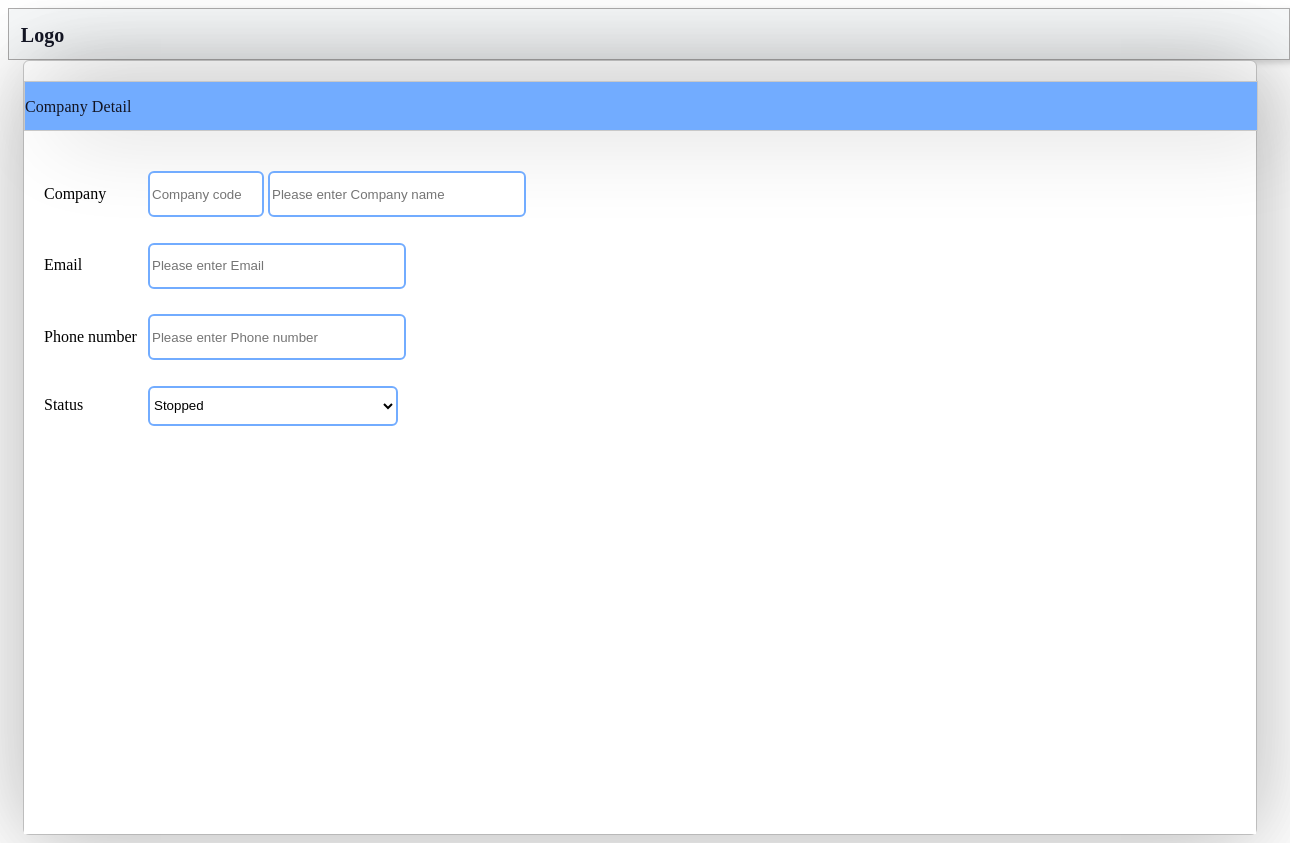
Repository: Zain1409/company
Page: client/html/CompanyDetail.html
The author's editor kept a copy of each file at every save. The page is drawn from the files as they stood at one save, then again after the next save.
The browser window is 1280 px wide. The page is 1290 px wide, so the pictures cover 1290 px, including what lies to the right of the window. The pictures show the whole page.

Above is the page before, as saved 2021-04-04 16:35:52.

After the next save:
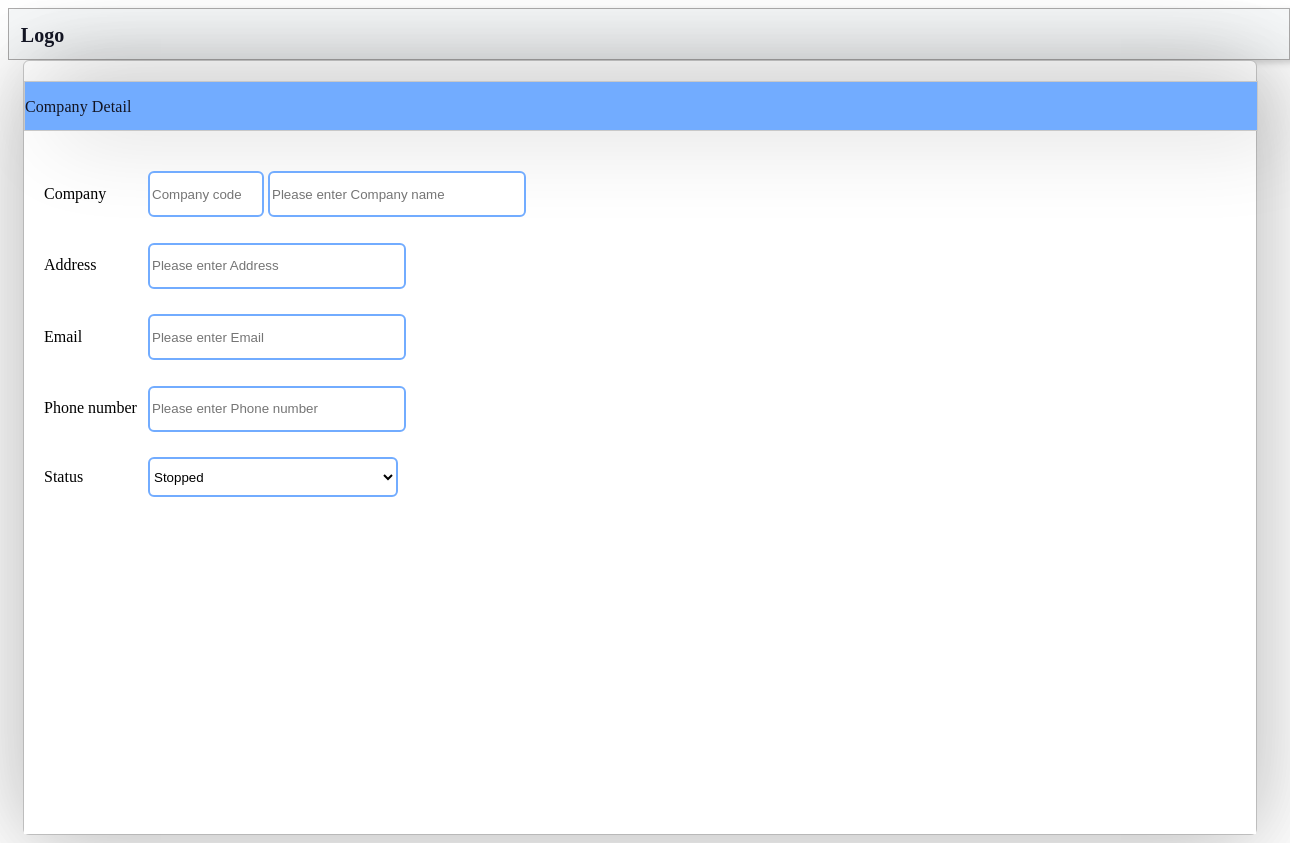
Saved 112 s later.
--- a/client/html/CompanyDetail.html
+++ b/client/html/CompanyDetail.html
@@ -20,6 +20,9 @@
                 <label id="properties">Company</label> <input id="code" type="text" placeholder="Company code" style="width: 108px;"> <input id="name" type="text" placeholder="Please enter Company name">
                 <br>
                 <br>
+                <label id="properties">Address</label> <input id="address" type="text" placeholder="Please enter Address" >
+                <br>
+                <br>
                 <label id="properties">Email</label> <input id="email" type="text" placeholder="Please enter Email" >
                 <br>
                 <br>
